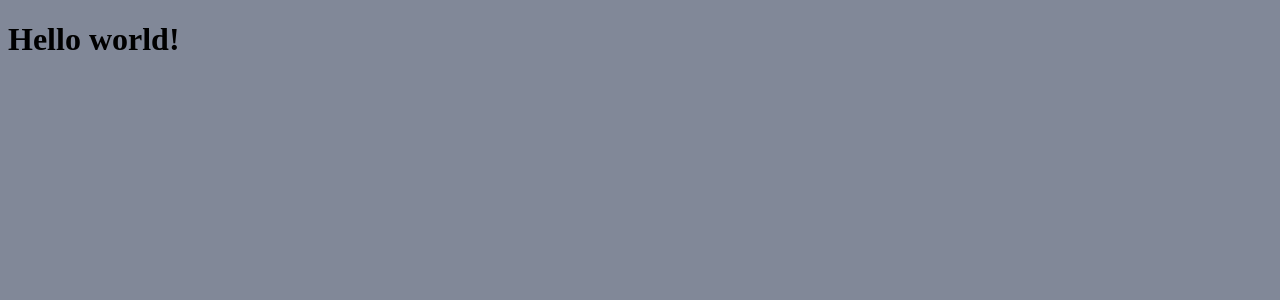
Repository: Kruthardh11/qr-code-component
Page: public/index.html
The author's editor kept a copy of each file at every save. The page is drawn from the files as they stood at one save, then again after the next save.
The browser window is 1280 px wide. The pictures show the whole page.

Above is the page before, as saved 2023-05-03 21:44:26.

### public/index.html
<!doctype html>
<html>
<head>
  <meta charset="UTF-8">
  <meta name="viewport" content="width=device-width, initial-scale=1.0">
  <link href="styles.css" rel="stylesheet">
</head>
<body>
  <h1 class="header">
    Hello world!
  </h1>
</body>
</html>

### public/styles.css
body{
  background-color: hsl(220, 10%, 55%);
}

After the next save:
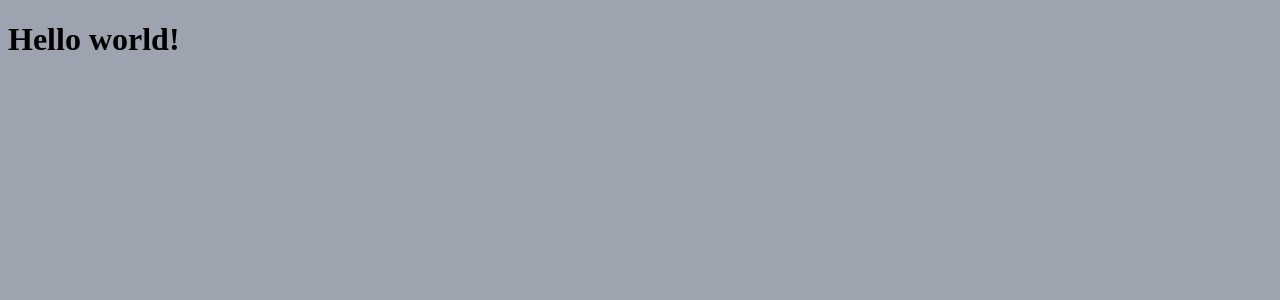
Saved 8 s later.
--- a/public/styles.css
+++ b/public/styles.css
@@ -1,3 +1,3 @@
 body{
-  background-color: hsl(220, 10%, 55%);
+  background-color: hsl(220, 10%, 65%);
 }
